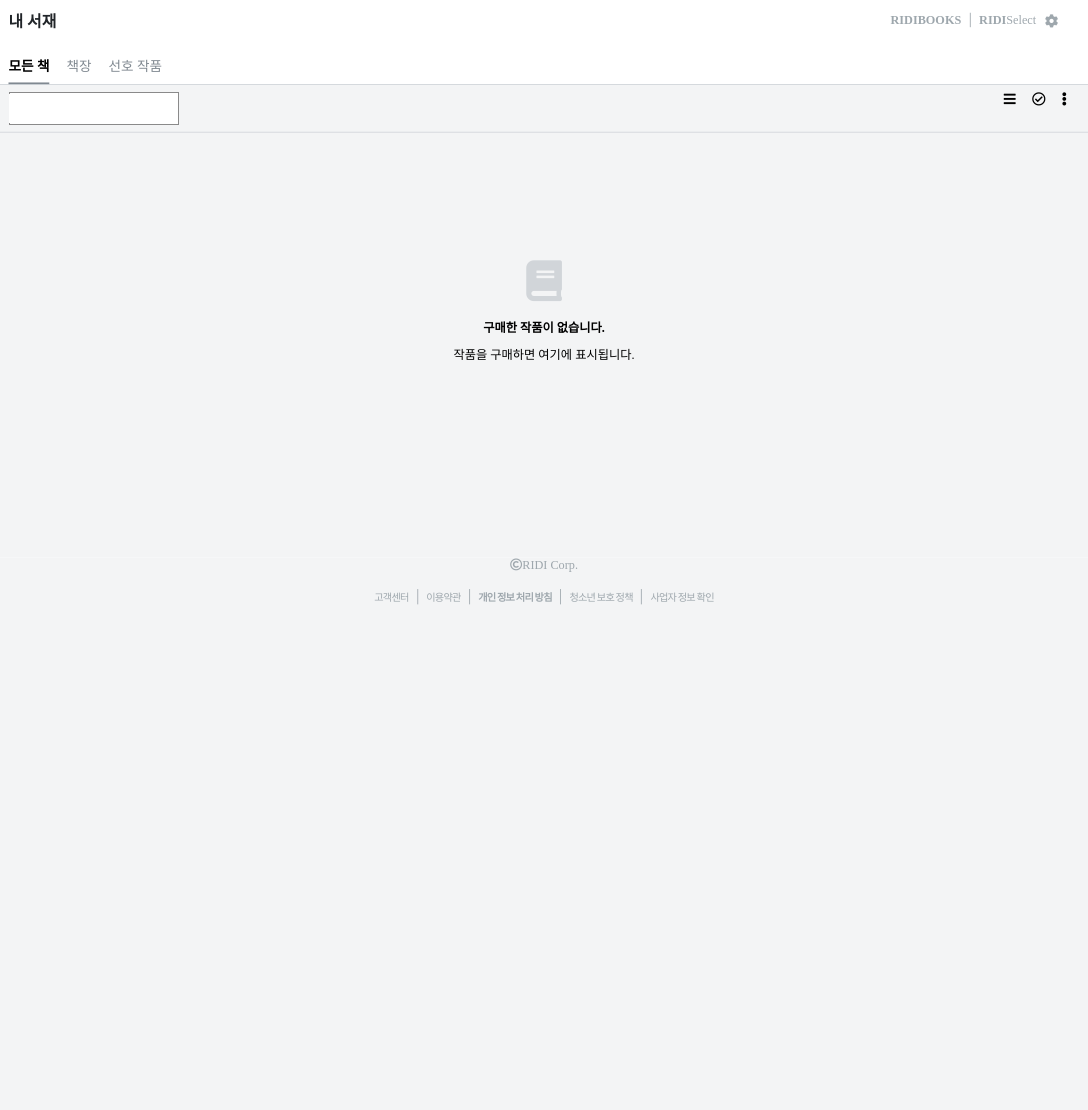
Repository: mega-teamproject/teamproject1
Page: html/my study.html
The author's editor kept a copy of each file at every save. The page is drawn from the files as they stood at one save, then again after the next save.
The browser window is 1280 px wide. The pictures show the whole page, at 85% of full size.

Above is the page before, as saved 2022-01-04 00:32:37.

After the next save:
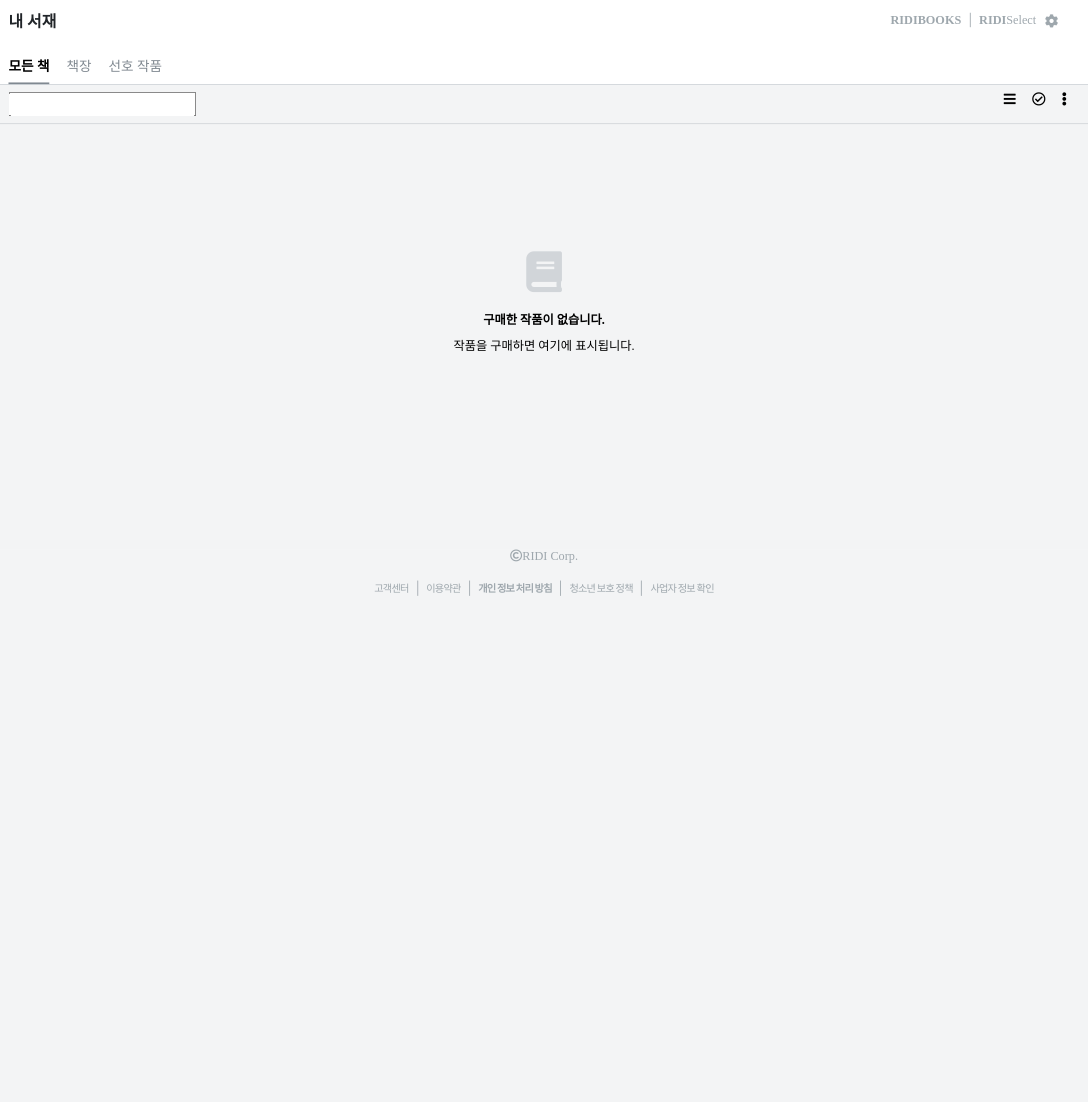
Saved 10 s later.
--- a/css/mystudy.css
+++ b/css/mystudy.css
@@ -136,7 +136,7 @@
 }
 
 section .search input {
-  padding: 10px;
+  padding: 5px 20px;
 }
 
 section .search .icons i {
